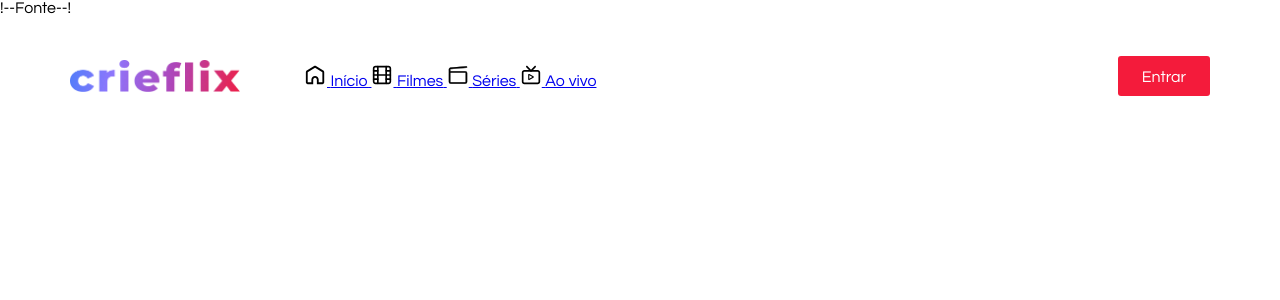
Repository: Fel1pit0/CRIE_TI
Page: CrieFlix-Projeto3/crieflix.html
An editor plug-in stored every save of this project. The page is shown before and after the next save, followed by the edit.
The browser window is 1280 px wide. The pictures show the whole page.

Above is the page before, as saved 2022-05-11 17:08:39.

After the next save:
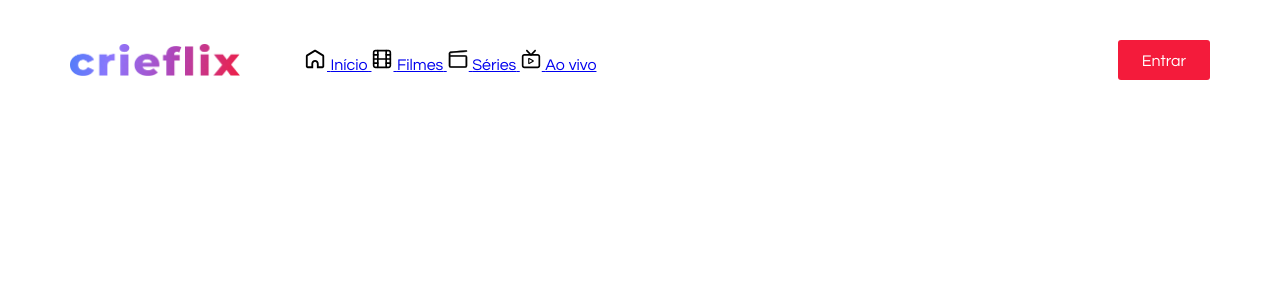
Saved 2 min 7 s later.
--- a/CrieFlix-Projeto3/crieflix.html
+++ b/CrieFlix-Projeto3/crieflix.html
@@ -10,7 +10,6 @@
   <link rel="stylesheet" href="styles/base/base.css">
   <link rel="stylesheet" href="styles/components/button.css">
 
-  !--Fonte--!
   <link rel="preconnect" href="https://fonts.googleapis.com">
   <link rel="preconnect" href="https://fonts.gstatic.com" crossorigin>
   <link href="https://fonts.googleapis.com/css2?family=Questrial&display=swap" rel="stylesheet">
